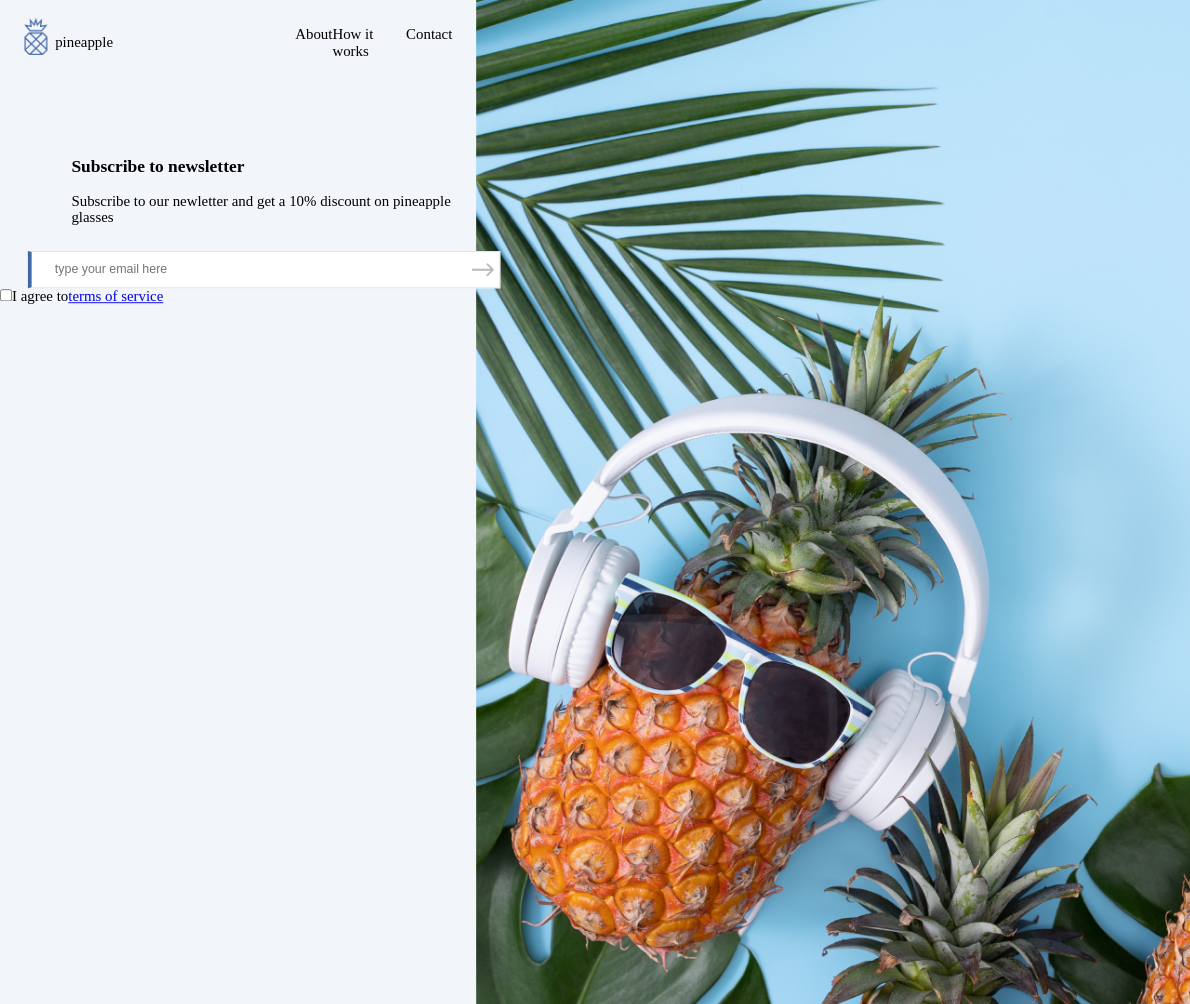
Repository: PaulsBebris/megabit-task
Page: /
An editor plug-in stored every save of this project. The page is shown before and after the next save, followed by the edit.
The browser window is 1280 px wide. The pictures show the whole page, at 93% of full size.
The project was rebuilt for these pictures with package versions that can differ from the ones it lists, and the page was loaded fresh each time.

Above is the page before, as saved 2021-04-19 14:38:42.

After the next save:
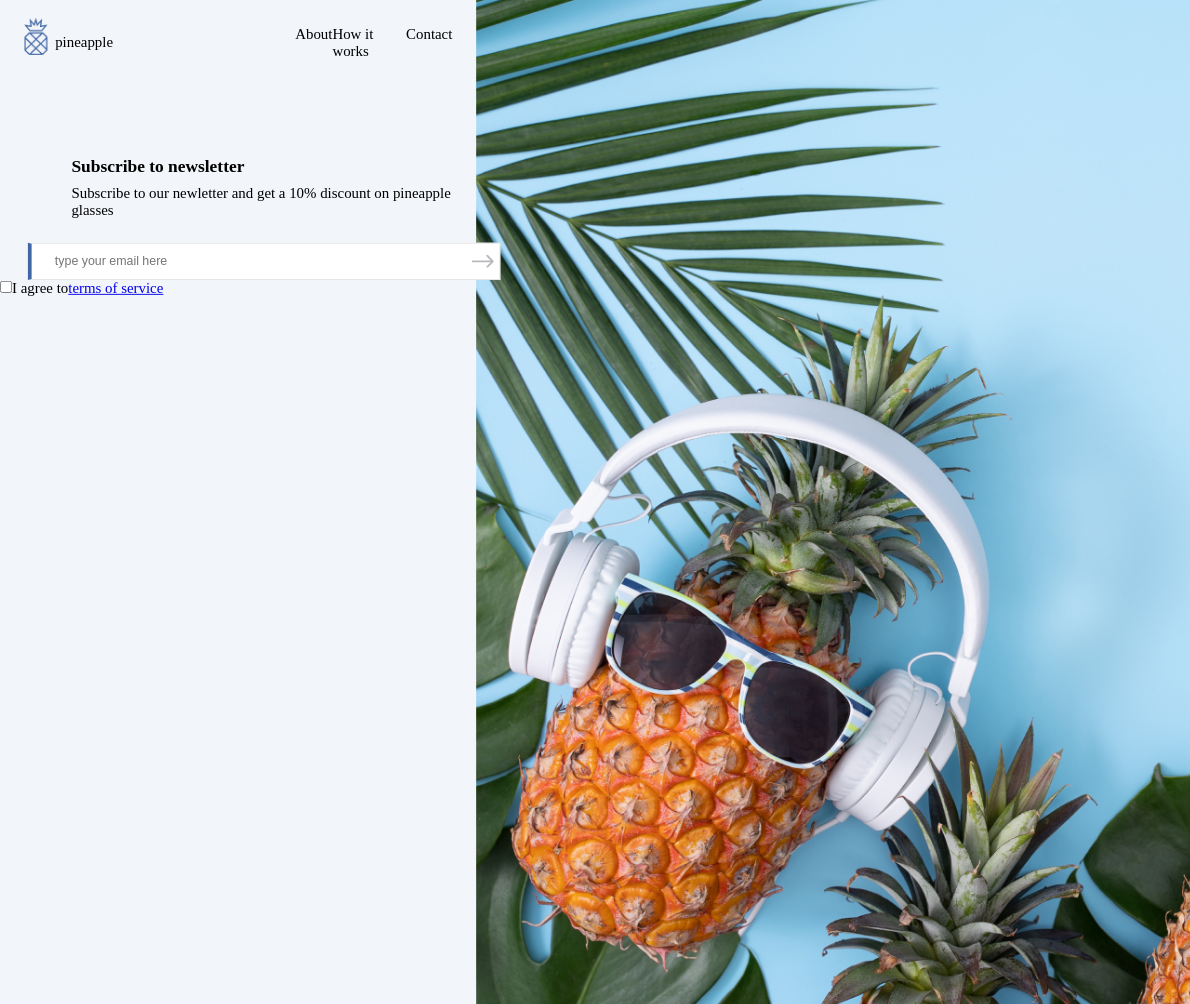
Saved 6 s later.
--- a/src/views/Home.vue
+++ b/src/views/Home.vue
@@ -103,7 +103,7 @@ export default {
   padding-left: 15%;
 }
 .content-wrapper :first-child {
-  margin-bottom: 4%;
+  margin-bottom: 2%;
 }
 .content-wrapper p {
   margin-bottom: 6%;
